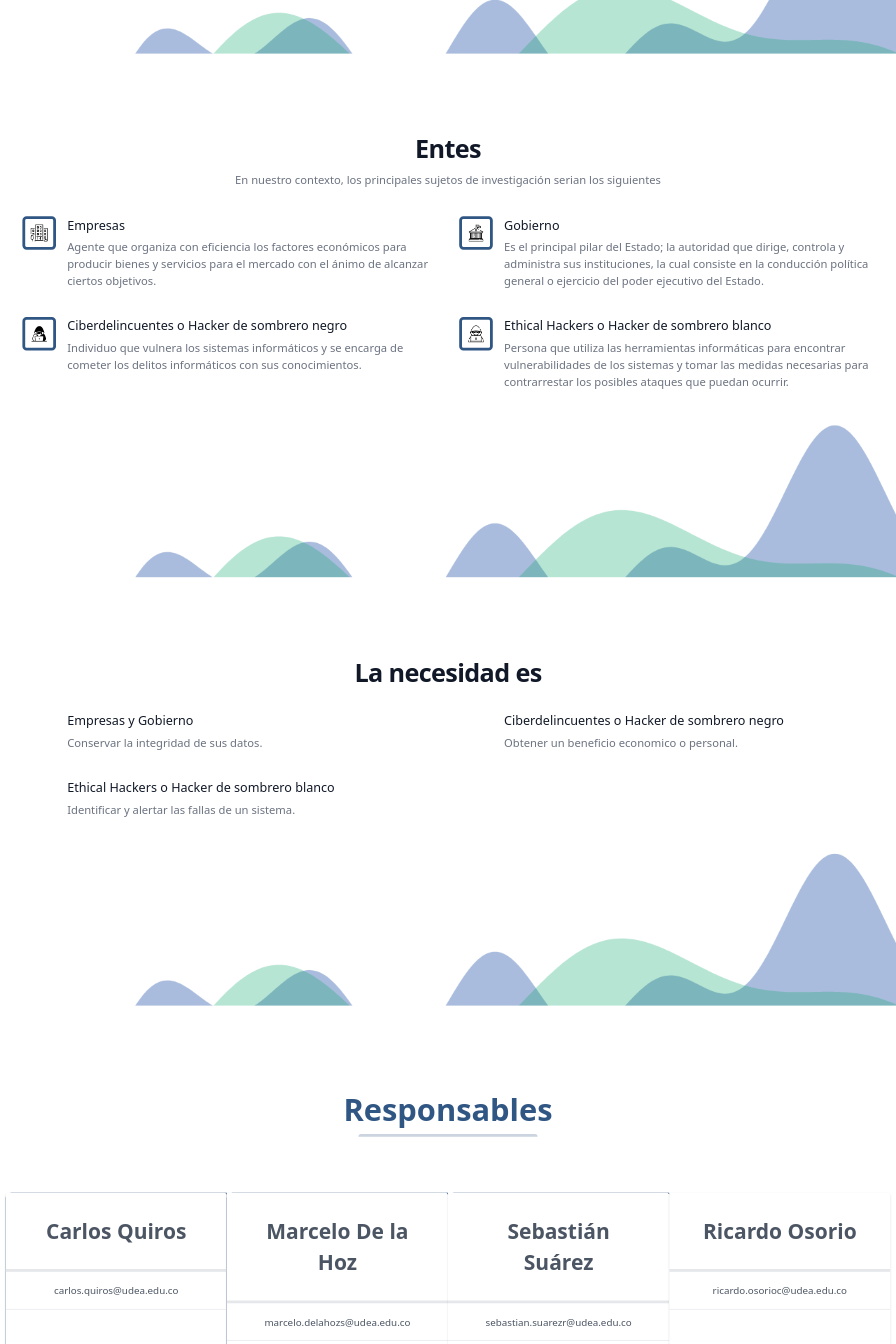
Repository: cardacar/fdi-2022
Page: /
The author's editor kept a copy of each file at every save. The page is drawn from the files as they stood at one save, then again after the next save.
The browser window is 1280 px wide. The pictures show the part of the page from y = 2847 to 4767 px (the page is 5482 px tall), at 70% of full size.
The project was rebuilt for these pictures with package versions that can differ from the ones it lists, and the page was loaded fresh each time. The framework's server and built-in components were replaced by stand-ins that run in the browser. Also part of the build but not shown: next.config.js.

Above is the page before, as saved 2022-08-07 16:11:07.

After the next save:
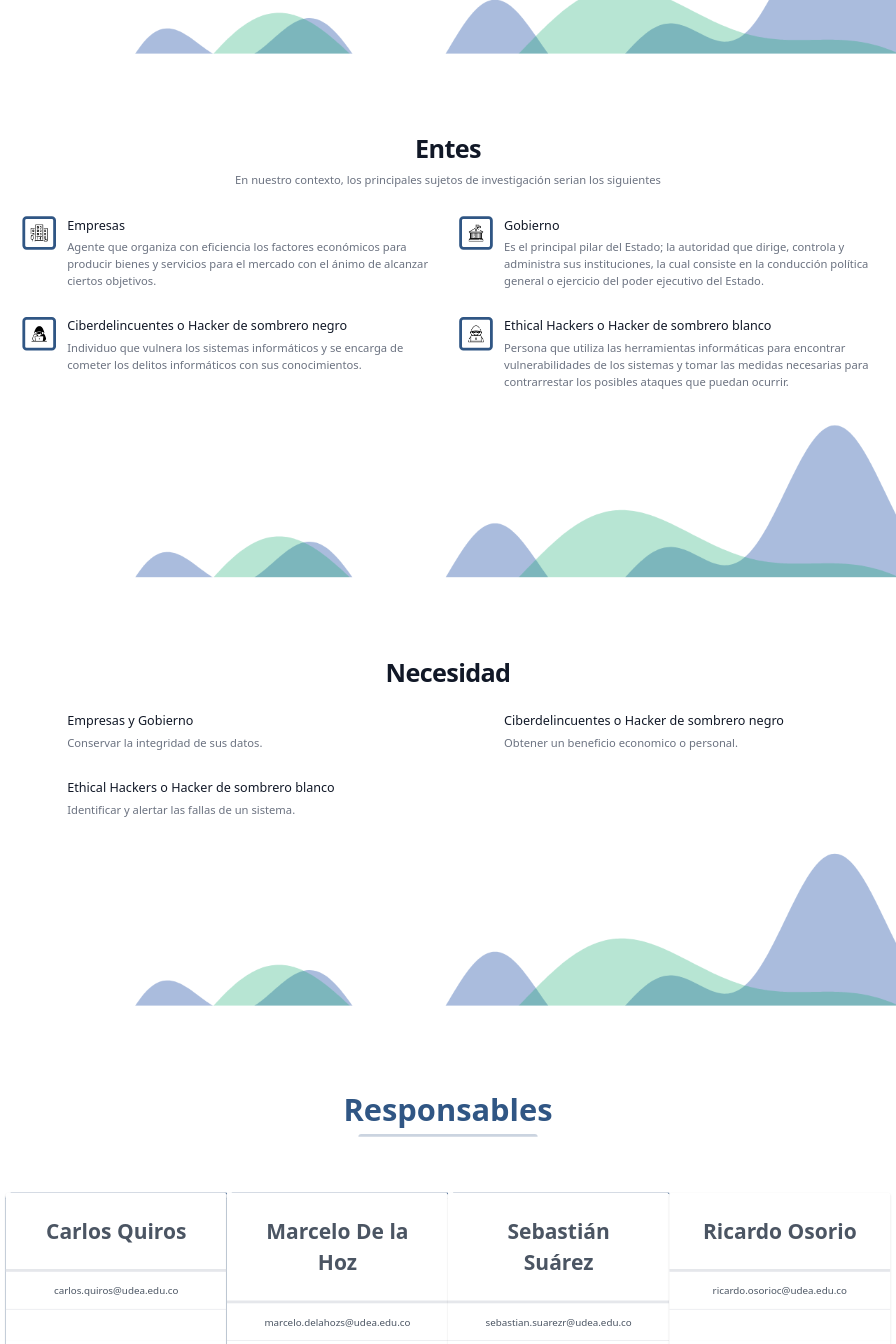
Saved 50 s later.
--- a/src/config/index.json
+++ b/src/config/index.json
@@ -76,7 +76,7 @@
   },
   "Necesidad": {
     "title": "",
-    "subtitle": "La necesidad es",
+    "subtitle": "Necesidad",
     "description": "",
     "items": [
       {
